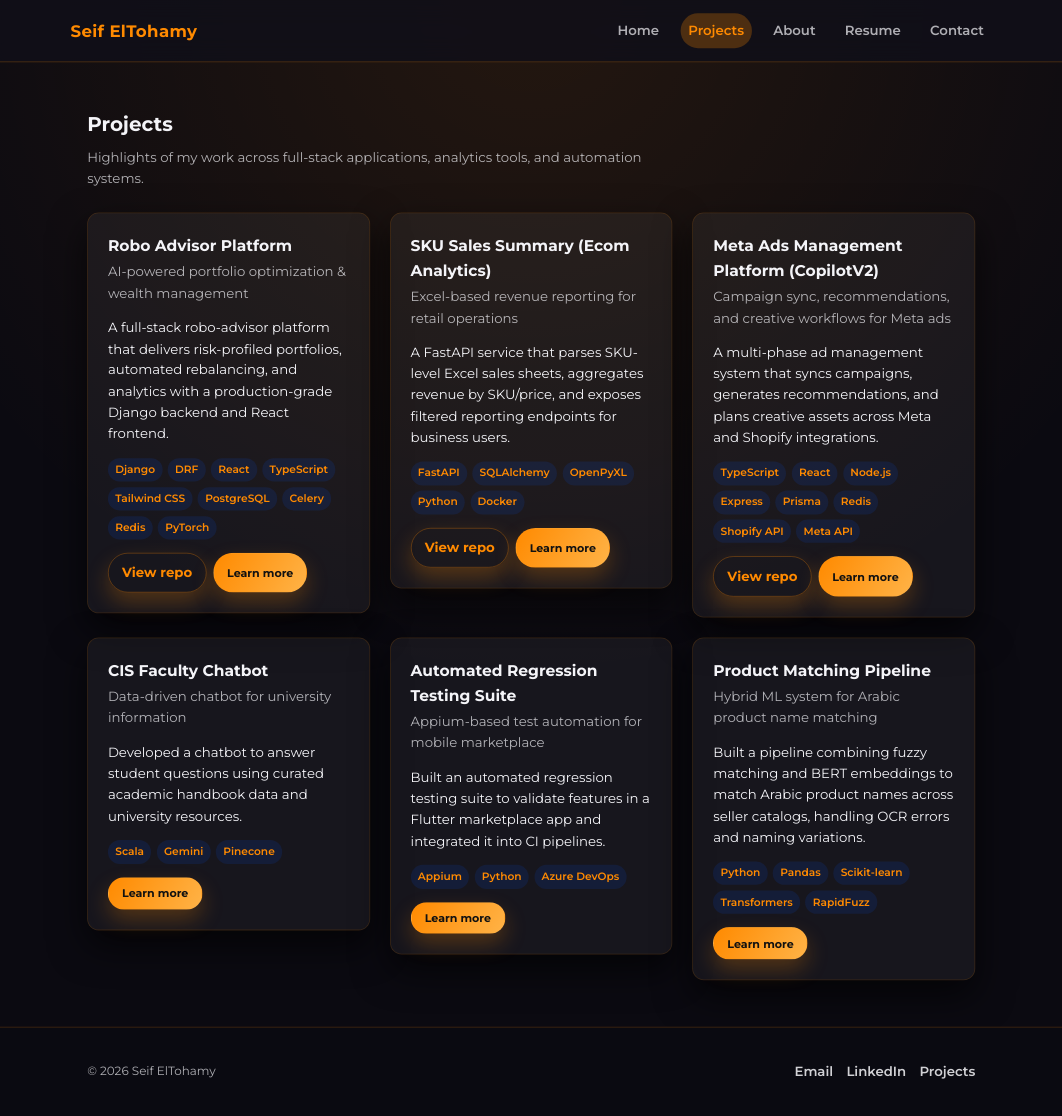
Repository: seifeldinamr99/seif-portfolio
Page: /projects (app in portfolio/)
The author's editor kept a copy of each file at every save. The page is drawn from the files as they stood at one save, then again after the next save.
The browser window is 1280 px wide. The pictures show the whole page, at 83% of full size.
The project was rebuilt for these pictures with package versions that can differ from the ones it lists, and the page was loaded fresh each time. Also part of the build but not shown: portfolio/vite.config.ts, portfolio/src/components/Modal.tsx, portfolio/src/pages/HomePage.tsx, portfolio/src/pages/AboutPage.tsx, portfolio/src/pages/ResumePage.tsx, portfolio/src/pages/ContactPage.tsx.

Above is the page before, as saved 2026-03-08 15:25:37.

### portfolio/index.html
<!doctype html>
<html lang="en">
  <head>
    <meta charset="UTF-8" />
    <link rel="icon" type="image/svg+xml" href="/vite.svg" />
    <meta name="viewport" content="width=device-width, initial-scale=1.0" />
    <title>portfolio</title>
  </head>
  <body>
    <div id="root"></div>
    <script type="module" src="/src/main.tsx"></script>
  </body>
</html>

### portfolio/src/index.css
@import url('https://fonts.googleapis.com/css2?family=Montserrat:wght@400;500;600;700&display=swap');

:root {
  font-family: "Montserrat", system-ui, -apple-system, BlinkMacSystemFont, "Segoe UI", sans-serif;
  font-size: 16px;
  text-rendering: optimizeLegibility;
  -webkit-font-smoothing: antialiased;
  -moz-osx-font-smoothing: grayscale;
}

* {
  box-sizing: border-box;
}

body {
  margin: 0;
  min-width: 320px;
}

a {
  color: inherit;
  text-decoration: none;
}

img {
  max-width: 100%;
  display: block;
}

button,
input,
textarea {
  font-family: inherit;
}

### portfolio/src/App.tsx
import { BrowserRouter, Routes, Route } from "react-router-dom";
import { Header } from "./components/Header";
import { Footer } from "./components/Footer";
import { HomePage } from "./pages/HomePage";
import { ProjectsPage } from "./pages/ProjectsPage";
import { AboutPage } from "./pages/AboutPage";
import { ResumePage } from "./pages/ResumePage";
import { ContactPage } from "./pages/ContactPage";
import "./App.css";

export default function App() {
  return (
    <BrowserRouter>
      <div className="app">
        <Header />
        <Routes>
          <Route path="/" element={<HomePage />} />
          <Route path="/projects" element={<ProjectsPage />} />
          <Route path="/about" element={<AboutPage />} />
          <Route path="/resume" element={<ResumePage />} />
          <Route path="/contact" element={<ContactPage />} />
        </Routes>
        <Footer />
      </div>
    </BrowserRouter>
  );
}

### portfolio/src/components/Header.tsx
import { useEffect, useState } from "react";
import { NavLink, useLocation } from "react-router-dom";

export function Header() {
  const [open, setOpen] = useState(false);
  const location = useLocation();

  useEffect(() => {
    setOpen(false);
  }, [location.pathname]);

  const linkClass = ({ isActive }: { isActive: boolean }) =>
    isActive ? "nav-link active" : "nav-link";

  return (
    <header className="site-header">
      <div className="container header-inner">
        <NavLink to="/" className="brand">
          Seif ElTohamy
        </NavLink>

        <button
          className="mobile-menu-button"
          aria-label={open ? "Close menu" : "Open menu"}
          aria-expanded={open}
          onClick={() => setOpen((value) => !value)}
        >
          <span className="hamburger" />
        </button>

        <nav className={`nav ${open ? "nav--open" : ""}`}>
          <NavLink to="/" className={linkClass} end>
            Home
          </NavLink>
          <NavLink to="/projects" className={linkClass}>
            Projects
          </NavLink>
          <NavLink to="/about" className={linkClass}>
            About
          </NavLink>
          <NavLink to="/resume" className={linkClass}>
            Resume
          </NavLink>
          <NavLink to="/contact" className={linkClass}>
            Contact
          </NavLink>
        </nav>
      </div>
    </header>
  );
}

### portfolio/src/components/Footer.tsx
export function Footer() {
  return (
    <footer className="site-footer">
      <div className="container footer-inner">
        <div>
          <p className="footer-text">© {new Date().getFullYear()} Seif ElTohamy</p>
        </div>
        <div className="footer-links">
          <a href="mailto:seifeldinamreltohamy@gmail.com">Email</a>
          <a href="https://www.linkedin.com/in/seifeltohamy" target="_blank" rel="noreferrer">
            LinkedIn
          </a>
          <a href="#projects">Projects</a>
        </div>
      </div>
    </footer>
  );
}

### portfolio/src/pages/ProjectsPage.tsx
import { useState } from "react";
import { projects } from "../data/projects";
import { ProjectCard } from "../components/ProjectCard";
import { Modal } from "../components/Modal";

export function ProjectsPage() {
  const [activeProjectId, setActiveProjectId] = useState<string | null>(null);

  const openProject = (id: string) => setActiveProjectId(id);
  const closeProject = () => setActiveProjectId(null);

  const activeProject = activeProjectId ? projects.find((p) => p.id === activeProjectId) : null;

  return (
    <main className="page projects-page">
      <section className="section">
        <div className="container">
          <header className="section-header">
            <h1>Projects</h1>
            <p>Highlights of my work across full-stack applications, analytics tools, and automation systems.</p>
          </header>
          <div className="grid grid--3">
            {projects.map((project) => (
              <ProjectCard key={project.id} project={project} onView={openProject} />
            ))}
          </div>
        </div>
      </section>

      {activeProject && (
        <Modal open={Boolean(activeProject)} onClose={closeProject} title={activeProject.title}>
          {activeProject.subtitle && <p className="modal-subtitle">{activeProject.subtitle}</p>}
          <p className="modal-paragraph">{activeProject.description}</p>
          <p className="modal-paragraph">
            <strong>Key role:</strong> {activeProject.role}
          </p>
          {activeProject.tags?.length ? (
            <div className="modal-tags">
              <strong>Tags:</strong>
              <div className="tag-grid">
                {activeProject.tags.map((tag) => (
                  <span key={tag} className="tag">
                    {tag}
                  </span>
                ))}
              </div>
            </div>
          ) : null}
          {activeProject.tech?.length ? (
            <div className="modal-tags">
              <strong>Tech:</strong>
              <div className="tag-grid">
                {activeProject.tech.map((tech) => (
                  <span key={tech} className="tag">
                    {tech}
                  </span>
                ))}
              </div>
            </div>
          ) : null}
          <div className="modal-actions">
            {activeProject.repo && (
              <a href={activeProject.repo} target="_blank" rel="noreferrer" className="button button--outline">
                View repo
              </a>
            )}
          </div>
        </Modal>
      )}
    </main>
  );
}

### portfolio/src/App.css
:root {
  --bg: #0b0a11;
  --bg-alt: #11101a;
  --text: #f4f4f8;
  --muted: rgba(244, 244, 248, 0.7);
  --primary: #ff8a00;
  --primary-2: #ffb347;
  --border: rgba(255, 138, 0, 0.18);
  --shadow: 0 18px 45px rgba(0, 0, 0, 0.65);
  --radius: 14px;
  --max-width: 1110px;
  --font: "Montserrat", system-ui, -apple-system, BlinkMacSystemFont, "Segoe UI", sans-serif;
}

* {
  box-sizing: border-box;
}

body {
  margin: 0;
  font-family: var(--font);
  color: var(--text);
  background: radial-gradient(circle at top, rgba(255, 138, 0, 0.1), transparent 55%),
    var(--bg);
  line-height: 1.6;
}

a {
  color: var(--primary);
  text-decoration: none;
}

a:hover {
  text-decoration: underline;
}

.container {
  width: min(100%, var(--max-width));
  margin: 0 auto;
  padding: 0 1.25rem;
}

.app {
  display: flex;
  flex-direction: column;
  min-height: 100vh;
}

.site-header {
  background: rgba(17, 15, 25, 0.88);
  border-bottom: 1px solid rgba(255, 138, 0, 0.3);
  position: sticky;
  top: 0;
  z-index: 20;
  backdrop-filter: blur(16px);
}

.header-inner {
  display: flex;
  align-items: center;
  justify-content: space-between;
  padding: 1rem 0;
}

.brand {
  font-weight: 700;
  font-size: 1.25rem;
  letter-spacing: 0.02em;
}

.nav {
  display: flex;
  gap: 1rem;
  flex-wrap: wrap;
  align-items: center;
}

.mobile-menu-button {
  display: none;
  border: none;
  background: transparent;
  padding: 0.5rem;
  cursor: pointer;
}

.hamburger {
  width: 1.5rem;
  height: 0.15rem;
  background: var(--text);
  border-radius: 999px;
  position: relative;
  transition: transform 0.2s ease-in-out;
}

.hamburger::before,
.hamburger::after {
  content: "";
  position: absolute;
  left: 0;
  width: 100%;
  height: 100%;
  background: var(--text);
  border-radius: 999px;
  transition: transform 0.2s ease-in-out;
}

.hamburger::before {
  top: -0.5rem;
}

.hamburger::after {
  top: 0.5rem;
}

.nav--open .hamburger {
  transform: rotate(45deg);
}

.nav--open .hamburger::before {
  transform: translateY(0.5rem) rotate(90deg);
}

.nav--open .hamburger::after {
  transform: translateY(-0.5rem) rotate(90deg);
}

.nav-link {
  padding: 0.5rem 0.6rem;
  border-radius: 999px;
  color: var(--muted);
  font-weight: 600;
  transition: background 160ms ease, color 160ms ease;
}

.nav-link:hover {
  background: rgba(255, 138, 0, 0.18);
  color: var(--text);
}

.nav-link.active {
  background: rgba(255, 138, 0, 0.25);
  color: var(--primary);
}

.hero {
  padding: 4rem 0 3rem;
}

.hero-inner {
  display: grid;
  align-items: center;
  gap: 2.5rem;
  grid-template-columns: 1fr;
}

.hero-content h1 {
  font-size: clamp(2.25rem, 4vw, 3.25rem);
  margin: 0;
}

.hero-subtitle {
  color: var(--muted);
  margin: 1rem 0 1.5rem;
  max-width: 48rem;
}

.hero-actions {
  display: flex;
  gap: 0.75rem;
  flex-wrap: wrap;
}

.hero-graphic {
  width: 100%;
  height: 300px;
  border-radius: var(--radius);
  background: linear-gradient(135deg, rgba(0, 87, 255, 0.12), rgba(0, 0, 0, 0.04));
  border: 1px solid var(--border);
  box-shadow: var(--shadow);
}

.hero-photo {
  width: 100%;
  height: 100%;
  object-fit: cover;
  border-radius: var(--radius);
  border: 1px solid var(--border);
  box-shadow: var(--shadow);
}

@media (min-width: 900px) {
  .hero-inner {
    grid-template-columns: 1.1fr 0.9fr;
  }
}

.section {
  padding: 3.5rem 0;
}

.section.bg--alt {
  background: var(--bg-alt);
}

.section-header h2,
.section-header h1 {
  margin: 0 0 0.5rem;
}

.section-header p {
  color: var(--muted);
  max-width: 46rem;
  margin: 0 0 1.75rem;
}

.grid {
  display: grid;
  gap: 1.5rem;
  align-items: start;
}

.grid--2 {
  grid-template-columns: 1fr;
}

.grid--3 {
  grid-template-columns: 1fr;
}

.grid--4 {
  grid-template-columns: repeat(auto-fit, minmax(160px, 1fr));
}

@media (min-width: 720px) {
  .grid--2 {
    grid-template-columns: repeat(2, 1fr);
  }
  .grid--3 {
    grid-template-columns: repeat(3, 1fr);
  }
}

.card {
  display: flex;
  flex-direction: column;
  background: rgba(255, 255, 255, 0.05);
  border: 1px solid rgba(255, 138, 0, 0.15);
  border-radius: var(--radius);
  padding: 1.5rem;
  box-shadow: var(--shadow);
  transition: transform 180ms ease, box-shadow 180ms ease;
}

.card:hover {
  transform: translateY(-4px);
  box-shadow: 0 18px 45px rgba(15, 23, 42, 0.12);
}

.card-meta {
  margin-top: auto;
}

.project-card h3 {
  margin: 0 0 0.25rem;
}

.card-subtitle {
  margin: 0.25rem 0 1rem;
  color: var(--muted);
}

.card-description {
  margin: 0 0 1rem;
  color: var(--text);
}

.card-meta {
  display: flex;
  flex-wrap: wrap;
  justify-content: space-between;
  align-items: flex-start;
  gap: 1rem;
}

.card-tech {
  display: flex;
  flex-wrap: wrap;
  gap: 0.4rem;
}

.tag {
  padding: 0.25rem 0.55rem;
  border-radius: 999px;
  background: rgba(0, 87, 255, 0.12);
  color: var(--primary);
  font-size: 0.8rem;
  font-weight: 600;
}

.card-links {
  display: flex;
  gap: 0.5rem;
  flex-wrap: wrap;
}

.button {
  display: inline-flex;
  align-items: center;
  justify-content: center;
  gap: 0.5rem;
  padding: 0.65rem 1rem;
  border-radius: 999px;
  border: 1px solid transparent;
  background: linear-gradient(120deg, var(--primary), var(--primary-2));
  color: #111;
  font-weight: 700;
  cursor: pointer;
  transition: transform 120ms ease, box-shadow 120ms ease;
  text-decoration: none;
  box-shadow: 0 12px 25px rgba(255, 138, 0, 0.25);
}

.button:hover {
  transform: translateY(-1px);
  box-shadow: 0 18px 35px rgba(255, 138, 0, 0.35);
}

.button:hover {
  transform: translateY(-1px);
  background: var(--primary-2);
}

.button--outline {
  background: transparent;
  border-color: rgba(255, 138, 0, 0.35);
  color: var(--primary);
}

.button--outline:hover {
  background: rgba(255, 138, 0, 0.12);
}

.button--secondary {
  background: rgba(0, 87, 255, 0.08);
  color: var(--text);
}

.section-footer {
  display: flex;
  justify-content: center;
  margin-top: 2rem;
}

.modal-overlay {
  position: fixed;
  inset: 0;
  z-index: 50;
  display: flex;
  align-items: center;
  justify-content: center;
  background: rgba(0, 0, 0, 0.75);
  padding: 1.25rem;
}

.modal {
  width: min(560px, 100%);
  background: rgba(17, 15, 25, 0.95);
  border: 1px solid rgba(255, 138, 0, 0.2);
  border-radius: var(--radius);
  box-shadow: var(--shadow);
  overflow: hidden;
}

.modal-header {
  display: flex;
  justify-content: space-between;
  align-items: center;
  padding: 1.25rem 1.5rem;
  border-bottom: 1px solid rgba(255, 138, 0, 0.15);
}

.modal-header h2 {
  margin: 0;
}

.modal-close {
  border: none;
  background: rgba(255, 138, 0, 0.12);
  color: var(--text);
  width: 2.25rem;
  height: 2.25rem;
  border-radius: 999px;
  cursor: pointer;
  font-size: 1rem;
}

.modal-body {
  padding: 1.25rem 1.5rem 1.75rem;
  display: grid;
  gap: 1rem;
}

.modal-subtitle {
  margin: 0;
  color: var(--muted);
}

.modal-paragraph {
  margin: 0;
  color: var(--text);
}

.modal-tags {
  display: grid;
  gap: 0.5rem;
}

.tag-grid {
  display: flex;
  flex-wrap: wrap;
  gap: 0.5rem;
  margin-top: 0.25rem;
}

.modal-actions {
  display: flex;
  justify-content: flex-end;
  gap: 0.75rem;
  margin-top: 0.5rem;
}

.site-footer {
  border-top: 1px solid rgba(255, 138, 0, 0.25);
  padding: 2.5rem 0;
  background: rgba(11, 10, 17, 0.9);
}

.footer-inner {
  display: flex;
  justify-content: space-between;
  gap: 1.5rem;
  align-items: center;
  flex-wrap: wrap;
}

.footer-text {
  margin: 0;
  color: rgba(244, 244, 248, 0.7);
  font-size: 0.9rem;
}

.footer-links {
  display: flex;
  gap: 1rem;
  flex-wrap: wrap;
}

.footer-links a {
  color: rgba(244, 244, 248, 0.85);
  font-weight: 600;
}

.contact-card {
  background: #fff;
  border: 1px solid var(--border);
  border-radius: var(--radius);
  padding: 1.5rem;
  box-shadow: var(--shadow);
}

.contact-list,
.list,
.list--nested {
  padding-left: 1.25rem;
  margin: 0.75rem 0 0;
}

.list--nested {
  margin-top: 0.5rem;
}

.contact-form {
  display: grid;
  gap: 1rem;
}

.contact-form label {
  display: grid;
  gap: 0.4rem;
  font-weight: 600;
}

.contact-form input,
.contact-form textarea {
  padding: 0.75rem 0.9rem;
  border: 1px solid var(--border);
  border-radius: 0.75rem;
  font: inherit;
}

.contact-form textarea {
  min-height: 120px;
  resize: vertical;
}

@media (max-width: 720px) {
  .header-inner,
  .footer-inner {
    flex-direction: column;
    align-items: flex-start;
  }

  .hero-inner {
    grid-template-columns: 1fr;
  }

  .mobile-menu-button {
    display: inline-flex;
  }

  .nav {
    position: fixed;
    inset: 0;
    padding: 4.5rem 1.5rem 1.5rem;
    background: rgba(11, 10, 17, 0.95);
    backdrop-filter: blur(16px);
    flex-direction: column;
    gap: 1rem;
    transform: translateX(-110%);
    transition: transform 180ms ease;
    z-index: 30;
  }

  .nav--open {
    transform: translateX(0);
  }

  .nav-link {
    padding: 0.85rem 1rem;
    width: 100%;
  }
}

### portfolio/src/data/projects.ts
export type Project = {
  id: string;
  title: string;
  subtitle?: string;
  description: string;
  tech: string[];
  role: string;
  repo?: string;
  demo?: string;
  tags?: string[];
};

export const projects: Project[] = [
  {
    id: "robo-advisor",
    title: "Robo Advisor Platform",
    subtitle: "AI-powered portfolio optimization & wealth management",
    description:
      "A full-stack robo-advisor platform that delivers risk-profiled portfolios, automated rebalancing, and analytics with a production-grade Django backend and React frontend.",
    tech: [
      "Django", "DRF", "React", "TypeScript", "Tailwind CSS", "PostgreSQL", "Celery", "Redis", "PyTorch"
    ],
    role:
      "Full-stack development (backend API, frontend SPA, Dockerized deployment, DRL optimization workflows, eKYC integration)",
    repo: "https://github.com/seifeldinamr99/robo-advisor"
  },
  {
    id: "ecom-analytics",
    title: "SKU Sales Summary (Ecom Analytics)",
    subtitle: "Excel-based revenue reporting for retail operations",
    description:
      "A FastAPI service that parses SKU-level Excel sales sheets, aggregates revenue by SKU/price, and exposes filtered reporting endpoints for business users.",
    tech: ["FastAPI", "SQLAlchemy", "OpenPyXL", "Python", "Docker"],
    role:
      "Backend API design, Excel data parsing, report aggregation, authentication, and deployment scripting.",
    repo: "https://github.com/seifeltohamy/ecom"
  },
  {
    id: "copilotv2",
    title: "Meta Ads Management Platform (CopilotV2)",
    subtitle: "Campaign sync, recommendations, and creative workflows for Meta ads",
    description:
      "A multi-phase ad management system that syncs campaigns, generates recommendations, and plans creative assets across Meta and Shopify integrations.",
    tech: [
      "TypeScript",
      "React",
      "Node.js",
      "Express",
      "Prisma",
      "Redis",
      "Shopify API",
      "Meta API"
    ],
    role:
      "Architecture design, frontend + backend integration, API orchestration, planning docs, and phased feature roadmap.",
    repo: "https://github.com/seifeldinamr99/CopilotV2"
  },
  {
    id: "cis-chatbot",
    title: "CIS Faculty Chatbot",
    subtitle: "Data-driven chatbot for university information",
    description:
      "Developed a chatbot to answer student questions using curated academic handbook data and university resources.",
    tech: ["Scala", "Gemini", "Pinecone"],
    role:
      "Data extraction, knowledge base creation, and chatbot functionality implementation for improved student interaction.",
    tags: ["research", "nlp", "academic"]
  },
  {
    id: "regression-suite",
    title: "Automated Regression Testing Suite",
    subtitle: "Appium-based test automation for mobile marketplace",
    description:
      "Built an automated regression testing suite to validate features in a Flutter marketplace app and integrated it into CI pipelines.",
    tech: ["Appium", "Python", "Azure DevOps"],
    role:
      "Designed test scenarios, wrote automation scripts, and integrated tests with CI to reduce manual testing effort.",
    tags: ["qa", "automation"]
  },
  {
    id: "product-matching",
    title: "Product Matching Pipeline",
    subtitle: "Hybrid ML system for Arabic product name matching",
    description:
      "Built a pipeline combining fuzzy matching and BERT embeddings to match Arabic product names across seller catalogs, handling OCR errors and naming variations.",
    tech: ["Python", "Pandas", "Scikit-learn", "Transformers", "RapidFuzz"],
    role:
      "Designed matching algorithms using TF-IDF, fuzzy logic, and BERT embeddings for semantically accurate product linking.",
    tags: ["nlp", "data-engineering"]
  }
];

### portfolio/src/components/ProjectCard.tsx
import type { Project } from "../data/projects";

type Props = {
  project: Project;
  onView?: (id: string) => void;
};

export function ProjectCard({ project, onView }: Props) {
  return (
    <article className="card project-card">
      <header>
        <h3>{project.title}</h3>
        {project.subtitle && <p className="card-subtitle">{project.subtitle}</p>}
      </header>
      <p className="card-description">{project.description}</p>
      <div className="card-meta">
        <div className="card-tech">
          {project.tech.map((tech) => (
            <span key={tech} className="tag">
              {tech}
            </span>
          ))}
        </div>
        <div className="card-links">
          {project.repo && (
            <a href={project.repo} target="_blank" rel="noreferrer" className="button button--outline">
              View repo
            </a>
          )}
          {onView && (
            <button className="button" onClick={() => onView(project.id)}>
              Learn more
            </button>
          )}
        </div>
      </div>
    </article>
  );
}

Loaded but not shown: portfolio/src/main.tsx (common file)

After the next save:
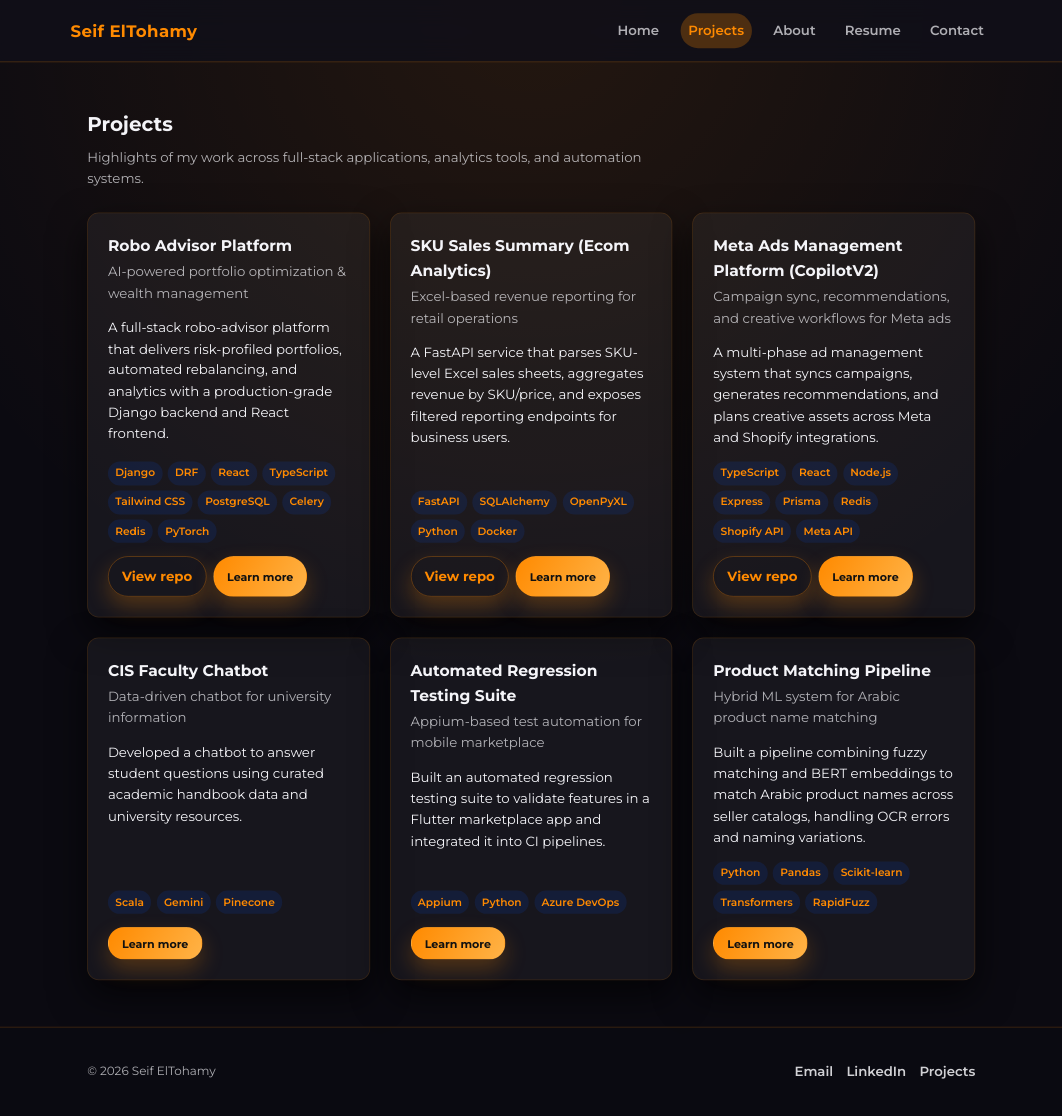
Saved 114 s later.
--- a/portfolio/src/App.css
+++ b/portfolio/src/App.css
@@ -216,7 +216,11 @@ a:hover {
 .grid {
   display: grid;
   gap: 1.5rem;
-  align-items: start;
+  align-items: stretch;
+}
+
+.card {
+  height: 100%;
 }
 
 .grid--2 {
